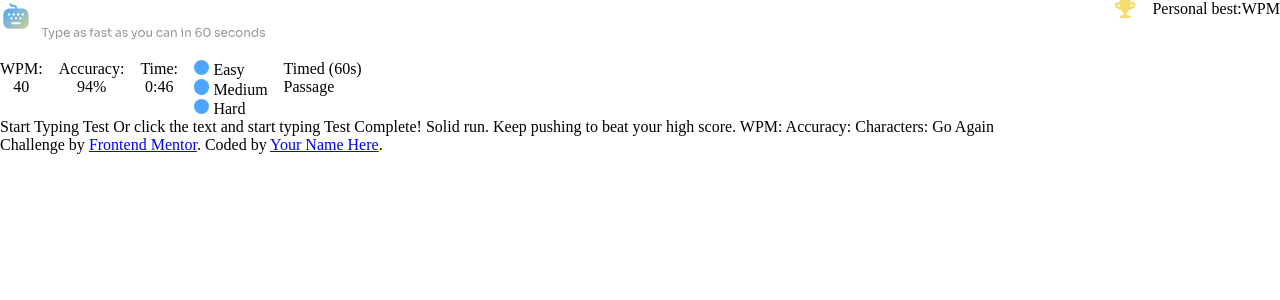
Repository: eva003n/typing-speed-test
Page: index.html
An editor plug-in stored every save of this project. The page is shown before and after the next save, followed by the edit.
The browser window is 1280 px wide. The pictures show the whole page.

Above is the page before, as saved 2026-02-13 01:45:13.

After the next save:
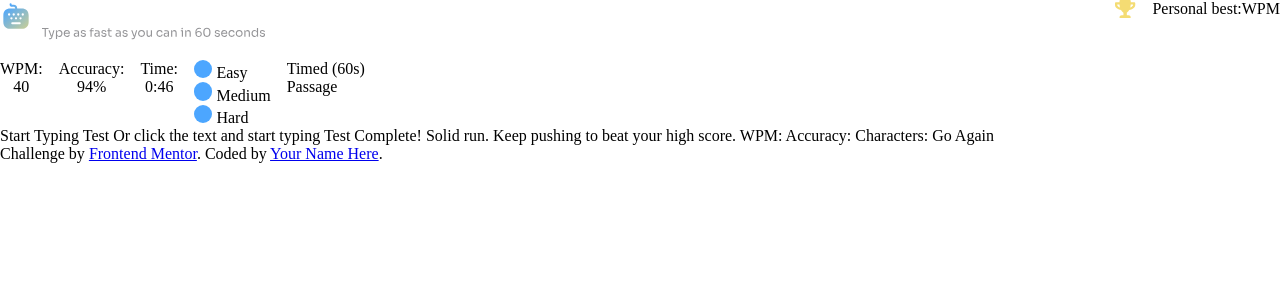
Saved 4 s later.
--- a/style.css
+++ b/style.css
@@ -98,7 +98,7 @@ input[type="radio"] {
   --webkit-appearance: none;
   appearance: none; /* removes all inherited browser styles */
   background: var(--blue-400);
-  font: ;
+  font: inherit;
   width: 1.15em;
   height: 1.15em;
   border-radius: 50%;
